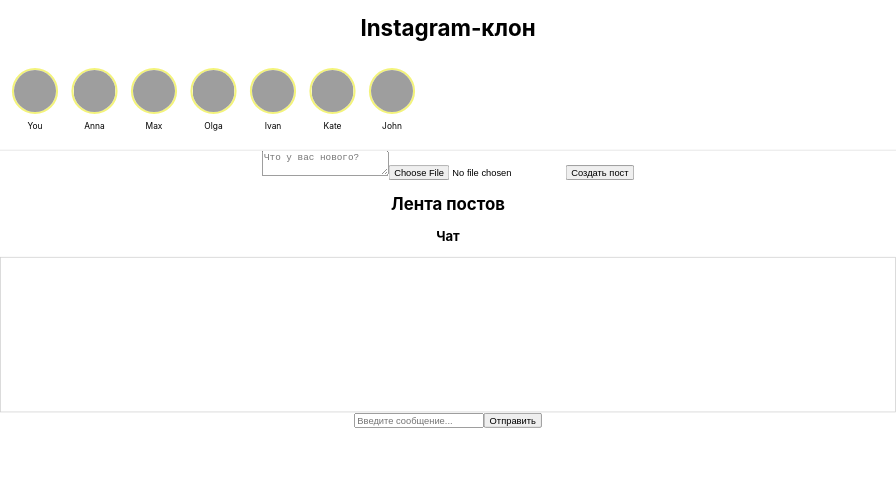
Repository: JuliiaJuliia/project-ichgram
Page: /
An editor plug-in stored every save of this project. The page is shown before and after the next save, followed by the edit.
The browser window is 1280 px wide. The pictures show the whole page, at 70% of full size.
Pictures or frames that could not be fetched are drawn as grey boxes. The page's requests for data from a server got no answer. The project was rebuilt for these pictures with package versions that can differ from the ones it lists, and the page was loaded fresh each time. No one was signed in, and anything a server would have sent is missing.

Above is the page before, as saved 2026-02-19 07:51:00.

After the next save:
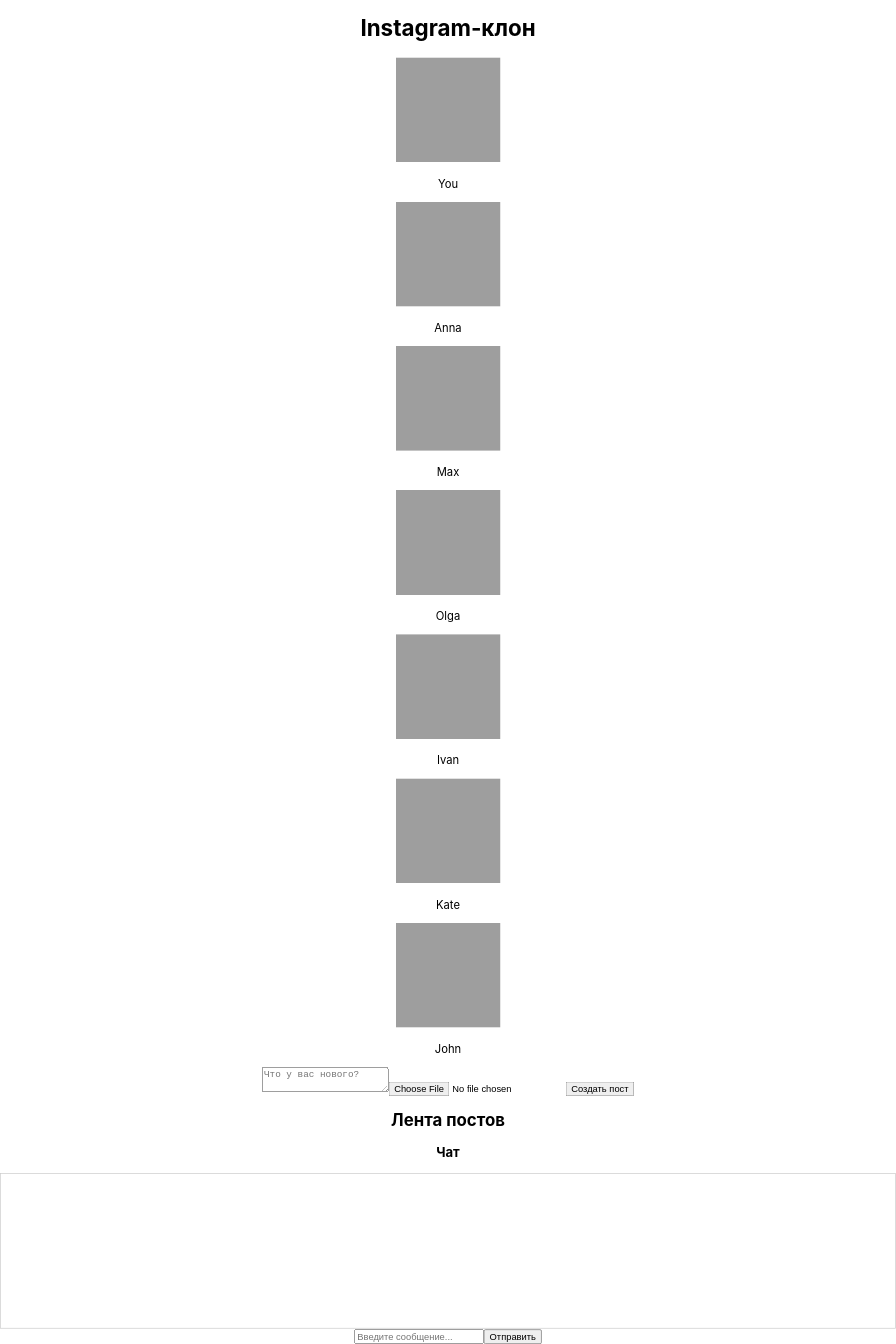
Saved 12 s later.
--- a/src/components/Stories.css
+++ b/src/components/Stories.css
@@ -1,26 +1,27 @@
-.stories {
-    display: flex;
-    overflow-x: auto;
-    gap: 15px;
-    padding: 15px;
-    border-bottom: 1px solid #ddd;
+.sidebar {
+    width: 240px;
+    height: 100vh;
+    border-right: 1px solid #ddd;
+    padding: 20px;
+    position: fixed;
+    left: 0;
+    top: 0;
     background: white;
   }
 
-  .story {
-    text-align: center;
-    min-width: 70px;
+  .logo {
+    font-size: 24px;
+    margin-bottom: 30px;
   }
 
-  .story img {
-    width: 60px;
-    height: 60px;
-    border-radius: 50%;
-    border: 3px solid #eaea1d94;
-    object-fit: cover;
+  .nav-item {
+    padding: 12px 0;
+    font-size: 18px;
+    cursor: pointer;
   }
 
-  .story p {
-    font-size: 12px;
-    margin-top: 5px;
+  .nav-item:hover {
+    background: #f5f5f5;
+    border-radius: 8px;
+    padding-left: 10px;
   }
